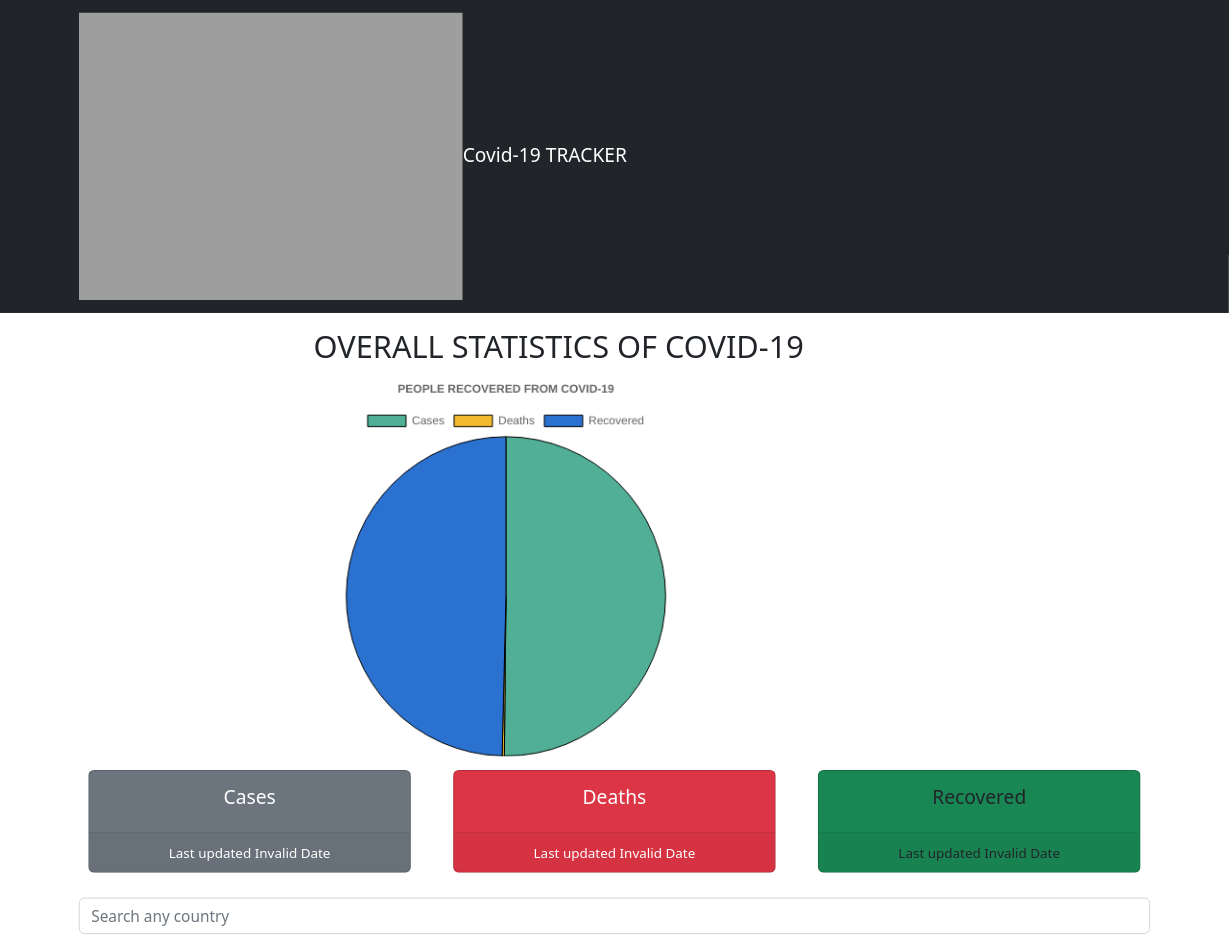
Repository: azizdeghais/CovidTracker
Page: /
An editor plug-in stored every save of this project. The page is shown before and after the next save, followed by the edit.
The browser window is 1280 px wide. The pictures show the whole page, at 96% of full size.
Pictures or frames that could not be fetched are drawn as grey boxes. The page's requests for data from a server got no answer. The project was rebuilt for these pictures with package versions that can differ from the ones it lists, and the page was loaded fresh each time. No one was signed in, and anything a server would have sent is missing. Also part of the build but not shown: vite.config.js.

Above is the page before, as saved 2023-03-10 20:26:38.

After the next save:
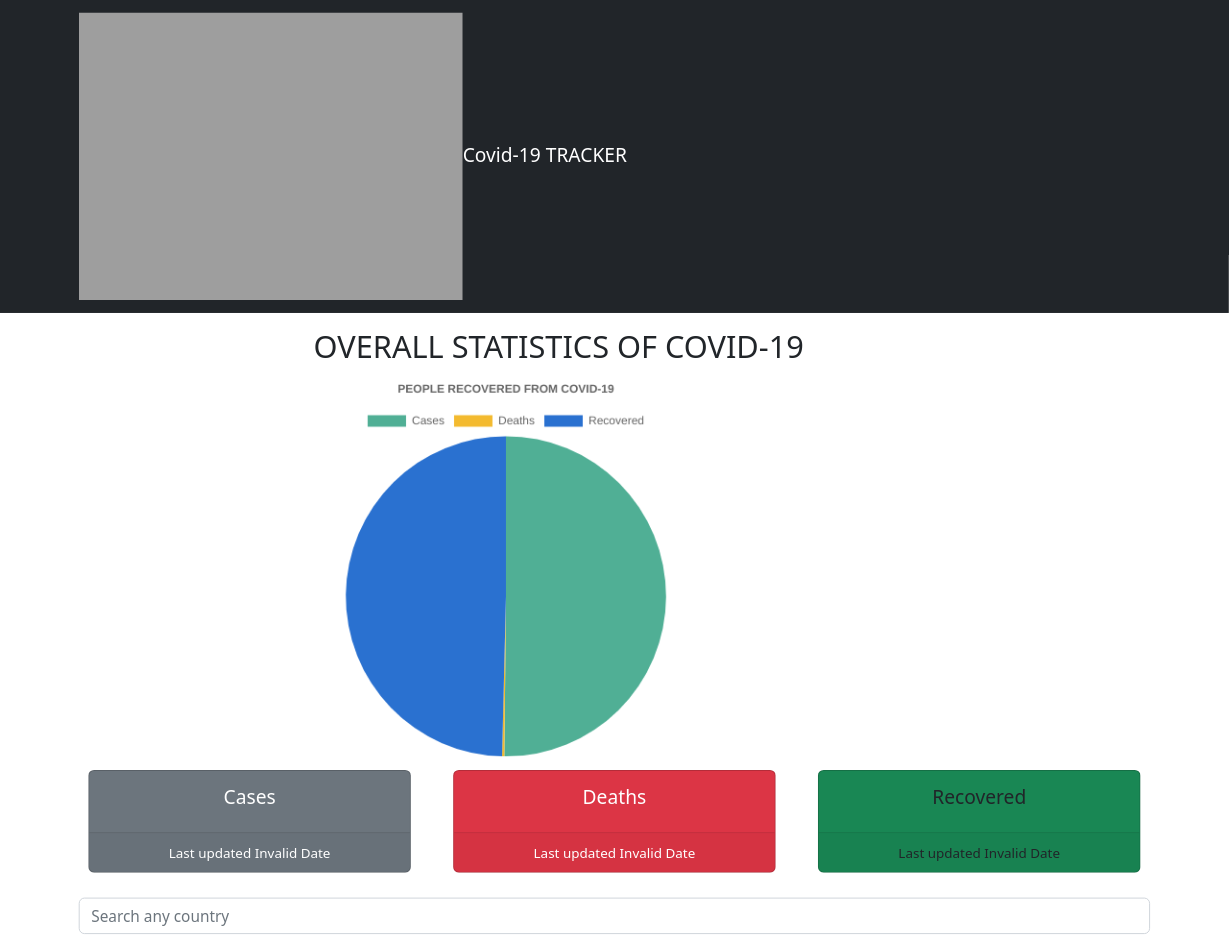
Saved 5 s later.
--- a/src/App.jsx
+++ b/src/App.jsx
@@ -38,7 +38,7 @@ function App() {
           "#2a71d0"
         ],
         borderColor: "black",
-        borderWidth: 1
+        borderWidth: 0
       }
     ]
   })
